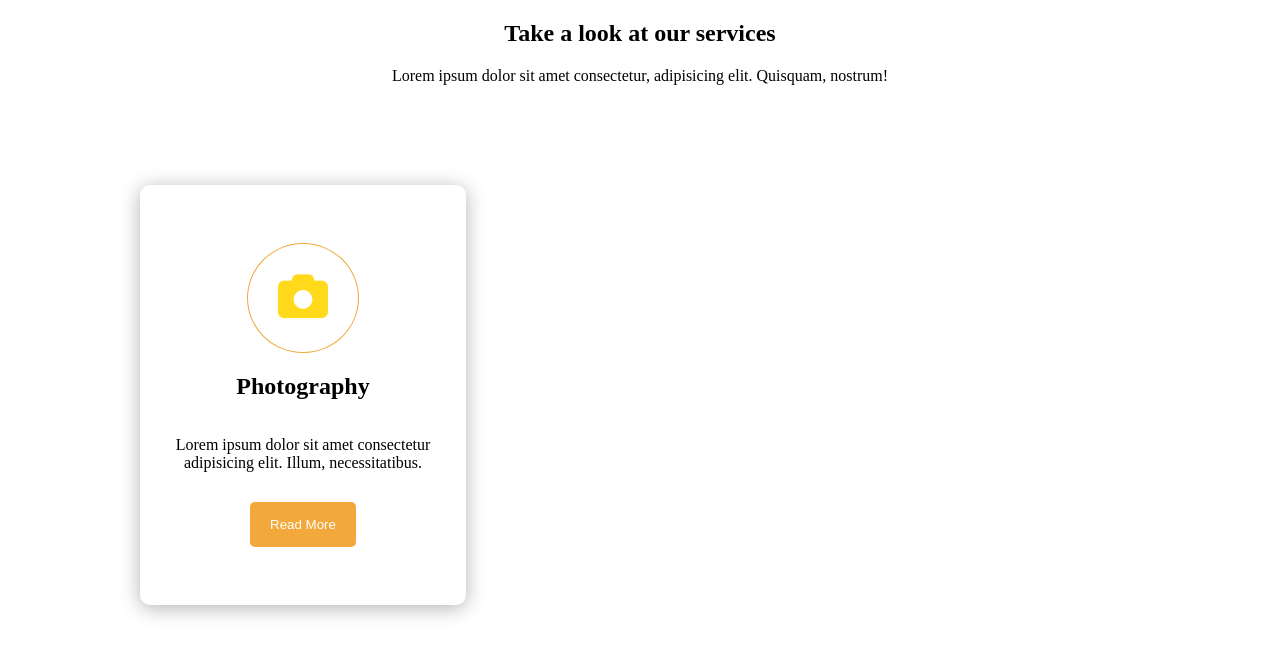
Repository: truongtn04/f8-fullstack-k5
Page: day05/ex03.html
An editor plug-in stored every save of this project. The page is shown before and after the next save, followed by the edit.
The browser window is 1280 px wide. The pictures show the whole page.
The pointer rests on the first visible `button`.

Above is the page before, as saved 2023-12-04 11:52:33.

### day05/ex03.html
<!DOCTYPE html>
<html lang="en">
<head>
    <meta charset="UTF-8">
    <meta name="viewport" content="width=device-width, initial-scale=1.0">
    <title>Document</title>
    <link rel="stylesheet" href="https://cdnjs.cloudflare.com/ajax/libs/font-awesome/6.5.1/css/all.min.css" integrity="sha512-DTOQO9RWCH3ppGqcWaEA1BIZOC6xxalwEsw9c2QQeAIftl+Vegovlnee1c9QX4TctnWMn13TZye+giMm8e2LwA==" crossorigin="anonymous" referrerpolicy="no-referrer" />
    <link rel="stylesheet" href="css/ex03.css">
</head>
<body>
    <section>
        <h1>Take a look at our services</h1>
        <p>Lorem ipsum dolor sit amet consectetur, adipisicing elit. Quisquam, nostrum!</p>
        <div class="list-products">
            <div class="item">
                <span><i class="fa-solid fa-camera" style="color: #ffd91a;"></i></span>
                <h2>Photography</h2>
                <p>Lorem ipsum dolor sit amet consectetur adipisicing elit. Illum, necessitatibus.</p>
                <button>Read More</button>
            </div>
        </div>
    </section>
</body>
</html>

### day05/css/ex03.css
section{
    width: 1000px;
    margin: 0 auto;
    text-align: center;
}
.list-products{
    margin-top: 100px;
}
.item{
    width: 300px;
    box-shadow: 0 3px 20px rgba(0, 0, 0, 0.3);
    padding: 10px 13px;
    border-radius: 10px;
    height: 400px;
    display: flex;
    flex-direction: column;
    justify-content: center;
    align-items: center;
}
.item span{
    display: inline-block;
    padding: 25px 30px;
    border: 1px solid #f2a83a;
    border-radius: 50%;
    font-size: 50px;
}
.item p{
    margin-bottom: 30px;
}
button{
    padding: 15px 20px;
    border: none;
    border-radius: 5px;
    background:#f2a83a;
    color: white;
}

After the next save:
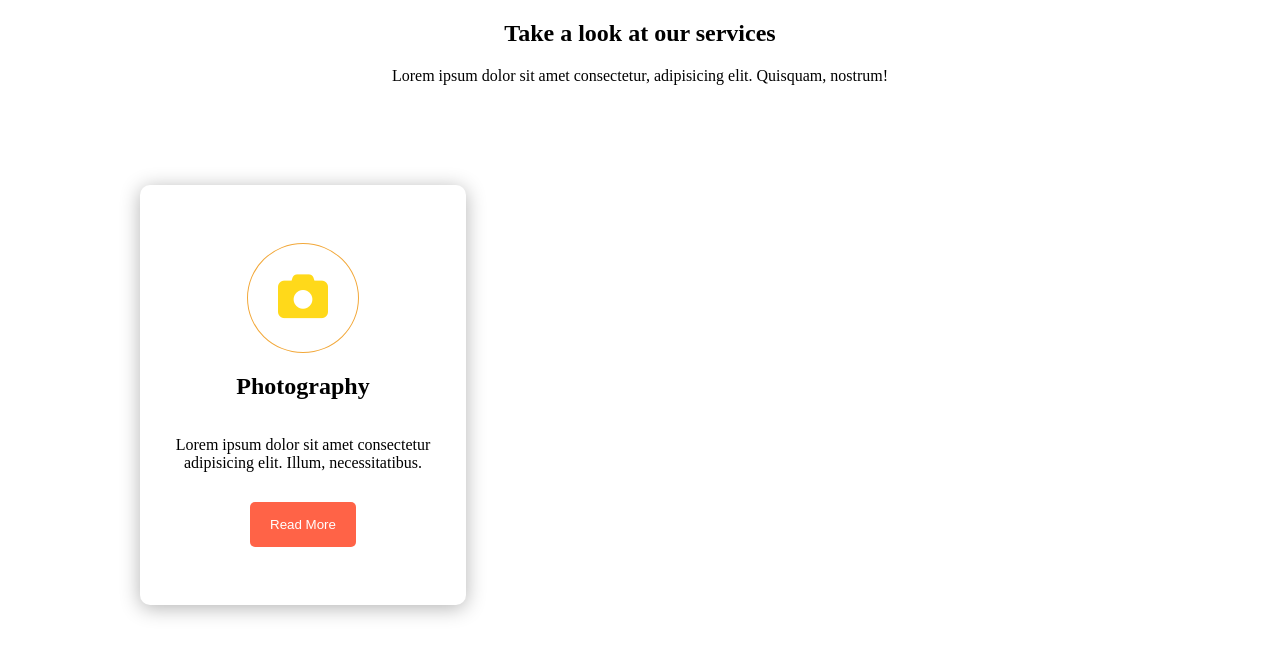
Saved 30 s later.
--- a/day05/css/ex03.css
+++ b/day05/css/ex03.css
@@ -34,3 +34,6 @@ button{
     background:#f2a83a;
     color: white;
 }
+button:hover{
+    background-color: tomato;
+}
